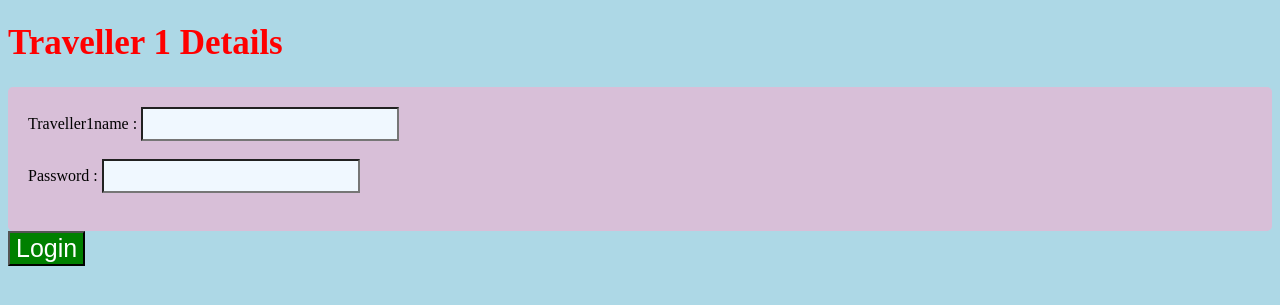
Repository: KanimozhiThandapani/Phase2AirlineBookingProject
Page: http://localhost/AirlineBooking/registrationPage.jsp
These files come from the project's save history. The page is drawn as it stood at one moment and after the next save; the edit follows.
The browser window is 1280 px wide. The pictures show the whole page.
The page is served by Tomcat 9.

Above is the page before, as saved 2022-04-26 07:30:22.

After the next save:
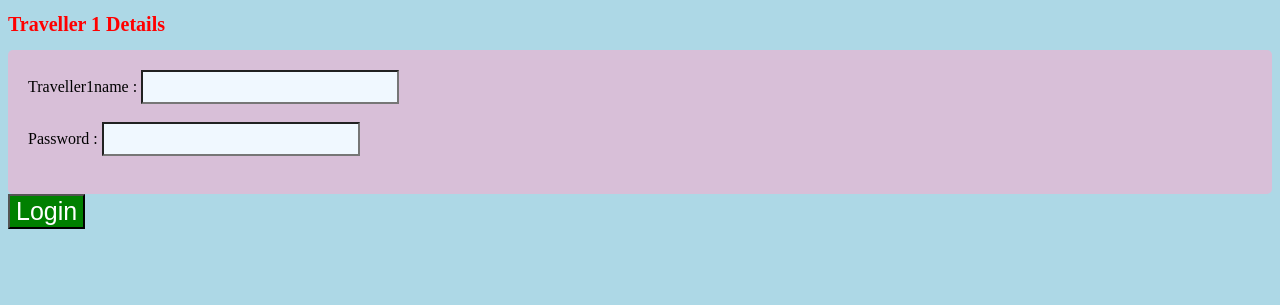
Saved 4 s later.
--- a/AirlineBooking/WebContent/registrationPage.jsp
+++ b/AirlineBooking/WebContent/registrationPage.jsp
@@ -5,7 +5,7 @@
 <title>:: Login ::</title>
 <style>
 h1 {
-  font-size: 35px;
+  font-size: 20px;
   color: red;
   font-family: 'Brush Script MT', cursive;
 }

After the save that followed:
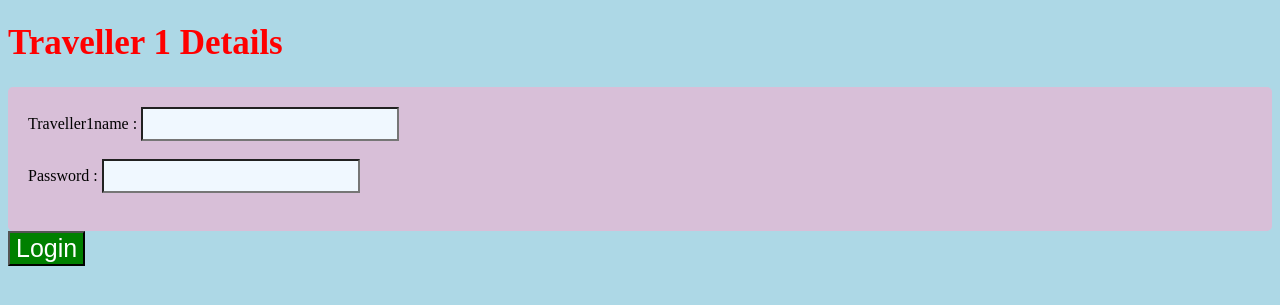
Saved 41 s later.
--- a/AirlineBooking/WebContent/registrationPage.jsp
+++ b/AirlineBooking/WebContent/registrationPage.jsp
@@ -5,7 +5,7 @@
 <title>:: Login ::</title>
 <style>
 h1 {
-  font-size: 20px;
+  font-size: 35px;
   color: red;
   font-family: 'Brush Script MT', cursive;
 }
